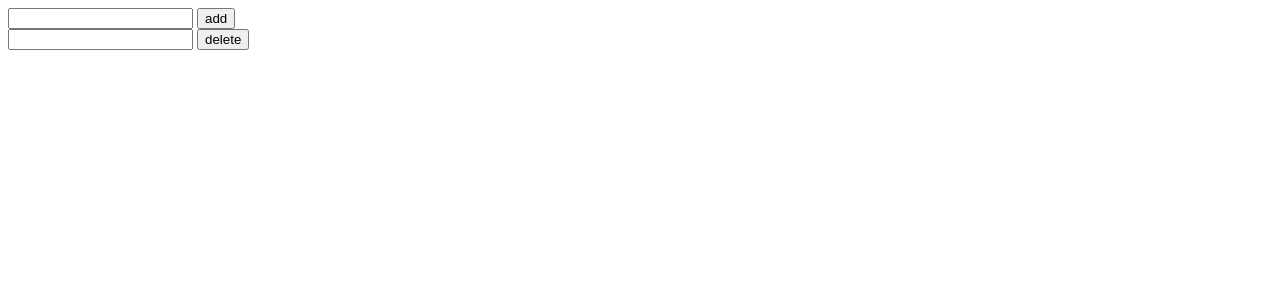
Repository: hafielyr/Mitrais-JavaServlet3Exercise
Page: http://localhost/ServletProject4/Servlet
An editor plug-in stored every save of this project. The page is shown before and after the next save, followed by the edit.
The browser window is 1280 px wide. The pictures show the whole page.
The page is served by Tomcat 9.

Above is the page before, as saved 2017-04-21 03:57:29.

### project4-exercise/ServletProject4/WebContent/hello.jsp
<%@ page language="java" contentType="text/html; charset=ISO-8859-1"
    pageEncoding="ISO-8859-1"%>
<%@taglib prefix="c" uri="http://java.sun.com/jsp/jstl/core"%>
<!DOCTYPE html PUBLIC "-//W3C//DTD HTML 4.01 Transitional//EN" "http://www.w3.org/TR/html4/loose.dtd">
<html>
<head>
<meta http-equiv="Content-Type" content="text/html; charset=ISO-8859-1">
<title>Insert title here</title>
</head>
<body>
<% session.setAttribute("input","input"); %>
<form name="frm" method="post" action="">
<input type="text" id="add" name="input"/>
<input type="submit" value="add" >
</form>
<c:forEach items="${Students}" var="d">
<form name="delafrm" method="post" action="">
${d}
		<input type="hidden"name="dulete" value="${d}"/>
		<input type="submit" value="delete">
		</form>

</c:forEach>
<% session.setAttribute("delete","delete"); %>
<form name="delfrm" method="post" action="">
		<input type="text" id="del" name="delete"/>
		<input type="submit" value="delete">
		</form>
</body>
</html>

### project4-exercise/ServletProject4/src/ServletPackage/Servlet.java
package ServletPackage;

import java.io.IOException;
import java.util.ArrayList;

import javax.servlet.ServletException;
import javax.servlet.annotation.WebServlet;
import javax.servlet.http.HttpServlet;
import javax.servlet.http.HttpServletRequest;
import javax.servlet.http.HttpServletResponse;

import javafx.scene.control.Alert;

/**
 * Servlet implementation class Servlet
 */
/**
 *
 * @author trainee
 * The servlet
 */
@WebServlet("/Servlet")
public class Servlet extends HttpServlet {
	private static final long serialVersionUID = 1L;
	ArrayList<String> Students=new ArrayList<String>();
	/**
	 * @see HttpServlet#doGet(HttpServletRequest request, HttpServletResponse response)
	 */
	protected void doGet(HttpServletRequest request, HttpServletResponse response) throws ServletException, IOException {
		// TODO Auto-generated method stub
		request.getSession().setAttribute("greeting", "hello");
		request.getRequestDispatcher("/hello.jsp").forward(request, response);
		//String input=(String)request.getSession().getAttribute("input");

	}

	protected void doPost(HttpServletRequest request, HttpServletResponse response) throws ServletException, IOException {
		String input =request.getParameter("input");
		Students.add(input);
		request.getSession().setAttribute("Students", Students);

		String del =request.getParameter("delete");
		if(del!=null && Students.indexOf(del)!=-1){
		int index=Students.indexOf(del);
		Students.remove(index);
		}
		request.getRequestDispatcher("/hello.jsp").forward(request, response);
	}

}

After the next save:
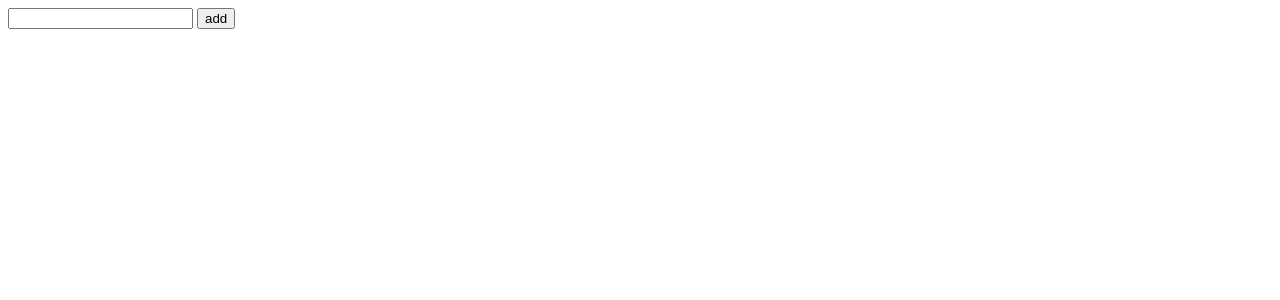
Saved 43 s later.
--- a/project4-exercise/ServletProject4/WebContent/hello.jsp
+++ b/project4-exercise/ServletProject4/WebContent/hello.jsp
@@ -21,10 +21,5 @@ ${d}
 		</form>
 
 </c:forEach>
-<% session.setAttribute("delete","delete"); %>
-<form name="delfrm" method="post" action="">
-		<input type="text" id="del" name="delete"/>
-		<input type="submit" value="delete">
-		</form>
 </body>
 </html>
